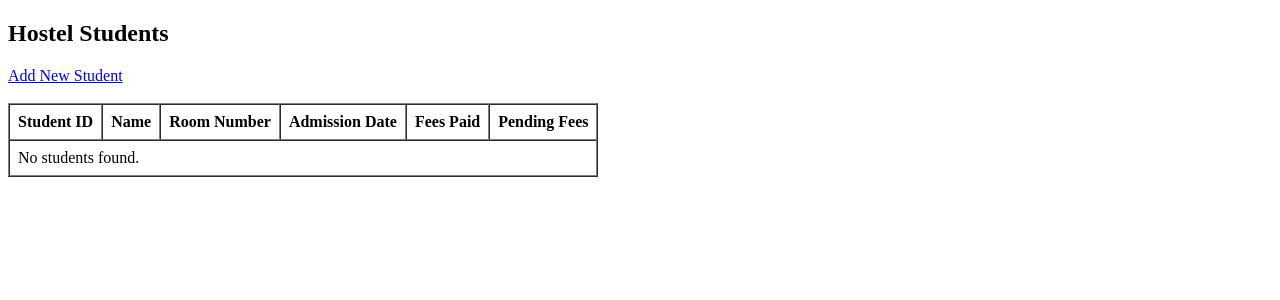
Repository: Keerthana2M/Hostel-Management-system
Page: http://localhost/Hostelweb/DisplayStudentsServlet
An editor plug-in stored every save of this project. The page is shown before and after the next save, followed by the edit.
The browser window is 1280 px wide. The pictures show the whole page.
The page is served by Tomcat 9. Queries for data that is not in the repository find no rows.

Above is the page before, as saved 2025-05-28 12:21:23.

After the next save:
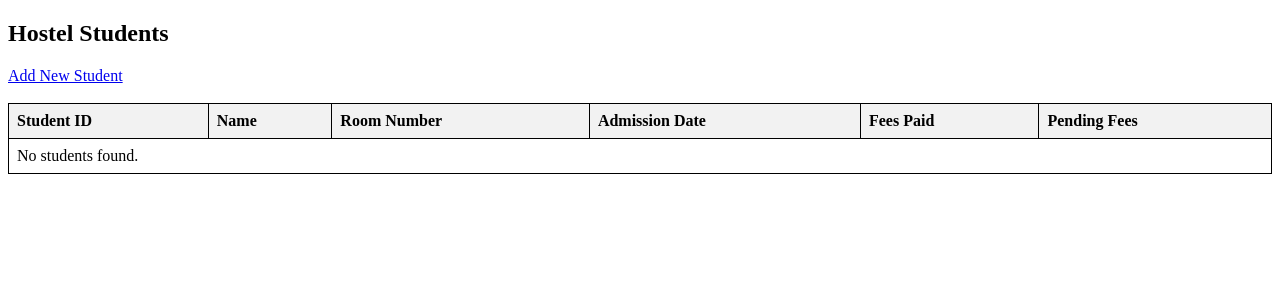
Saved 81 s later.
--- a/Hostelweb/src/main/webapp/studentdisplay.jsp
+++ b/Hostelweb/src/main/webapp/studentdisplay.jsp
@@ -1,16 +1,31 @@
 <%@ page language="java" contentType="text/html; charset=UTF-8" pageEncoding="UTF-8"%>
-<%@ page import="java.util.List" %>
 <%@ page import="com.model.student" %>
+<%@ taglib uri="http://java.sun.com/jsp/jstl/core" prefix="c" %>
+
 <!DOCTYPE html>
 <html>
 <head>
   <title>Student List</title>
+  <style>
+    table {
+      border-collapse: collapse;
+      width: 100%;
+    }
+    th, td {
+      border: 1px solid #000;
+      padding: 8px;
+      text-align: left;
+    }
+    th {
+      background-color: #f2f2f2;
+    }
+  </style>
 </head>
 <body>
 <h2>Hostel Students</h2>
 <a href="studentadd.jsp">Add New Student</a><br><br>
 
-<table border="1" cellpadding="8" cellspacing="0">
+<table>
   <tr>
     <th>Student ID</th>
     <th>Name</th>
@@ -20,29 +35,25 @@
     <th>Pending Fees</th>
   </tr>
 
-  <%
-    List<student> students = (List<student>) request.getAttribute("studentsList");
-    if (students != null && !students.isEmpty()) {
-      for (student s : students) {
-  %>
-  <tr>
-    <td><%= s.getId() %></td>
-    <td><%= s.getName() %></td>
-    <td><%= s.getRoomNumber() %></td>
-    <td><%= s.getAdmissionDate() %></td>
-    <td><%= s.getFeesPaid() %></td>
-    <td><%= s.getPendingFees() %></td>
-  </tr>
-  <%
-      }
-    } else {
-  %>
-  <tr>
-    <td colspan="6">No students found.</td>
-  </tr>
-  <%
-    }
-  %>
+  <c:choose>
+    <c:when test="${not empty studentsList}">
+      <c:forEach var="s" items="${studentsList}">
+        <tr>
+          <td>${s.id}</td>
+          <td>${s.name}</td>
+          <td>${s.roomNumber}</td>
+          <td>${s.admissionDate}</td>
+          <td>${s.feesPaid}</td>
+          <td>${s.pendingFees}</td>
+        </tr>
+      </c:forEach>
+    </c:when>
+    <c:otherwise>
+      <tr>
+        <td colspan="6">No students found.</td>
+      </tr>
+    </c:otherwise>
+  </c:choose>
 </table>
 </body>
 </html>

After the save that followed:
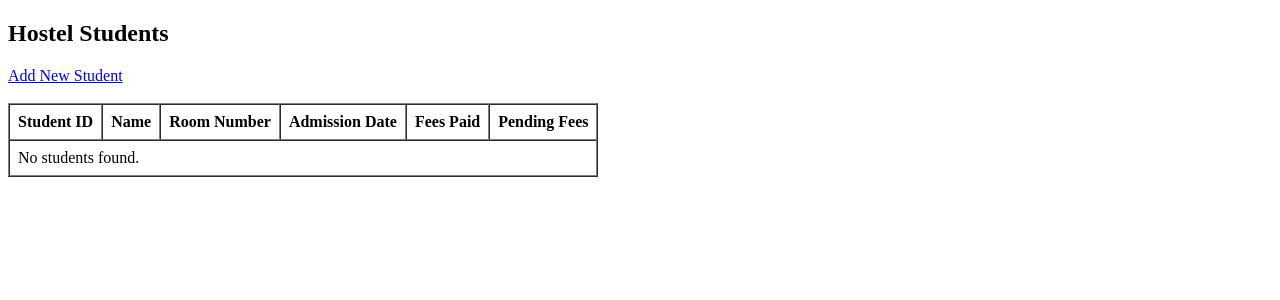
Saved 89 s later.
--- a/Hostelweb/src/main/webapp/studentdisplay.jsp
+++ b/Hostelweb/src/main/webapp/studentdisplay.jsp
@@ -1,31 +1,16 @@
 <%@ page language="java" contentType="text/html; charset=UTF-8" pageEncoding="UTF-8"%>
+<%@ page import="java.util.List" %>
 <%@ page import="com.model.student" %>
-<%@ taglib uri="http://java.sun.com/jsp/jstl/core" prefix="c" %>
-
 <!DOCTYPE html>
 <html>
 <head>
   <title>Student List</title>
-  <style>
-    table {
-      border-collapse: collapse;
-      width: 100%;
-    }
-    th, td {
-      border: 1px solid #000;
-      padding: 8px;
-      text-align: left;
-    }
-    th {
-      background-color: #f2f2f2;
-    }
-  </style>
 </head>
 <body>
 <h2>Hostel Students</h2>
 <a href="studentadd.jsp">Add New Student</a><br><br>
 
-<table>
+<table border="1" cellpadding="8" cellspacing="0">
   <tr>
     <th>Student ID</th>
     <th>Name</th>
@@ -35,25 +20,29 @@
     <th>Pending Fees</th>
   </tr>
 
-  <c:choose>
-    <c:when test="${not empty studentsList}">
-      <c:forEach var="s" items="${studentsList}">
-        <tr>
-          <td>${s.id}</td>
-          <td>${s.name}</td>
-          <td>${s.roomNumber}</td>
-          <td>${s.admissionDate}</td>
-          <td>${s.feesPaid}</td>
-          <td>${s.pendingFees}</td>
-        </tr>
-      </c:forEach>
-    </c:when>
-    <c:otherwise>
-      <tr>
-        <td colspan="6">No students found.</td>
-      </tr>
-    </c:otherwise>
-  </c:choose>
+  <%
+    List<student> students = (List<student>) request.getAttribute("studentsList");
+    if (students != null && !students.isEmpty()) {
+      for (student s : students) {
+  %>
+  <tr>
+    <td><%= s.getId() %></td>
+    <td><%= s.getName() %></td>
+    <td><%= s.getRoomNumber() %></td>
+    <td><%= s.getAdmissionDate() %></td>
+    <td><%= s.getFeesPaid() %></td>
+    <td><%= s.getPendingFees() %></td>
+  </tr>
+  <%
+      }
+    } else {
+  %>
+  <tr>
+    <td colspan="6">No students found.</td>
+  </tr>
+  <%
+    }
+  %>
 </table>
 </body>
 </html>
